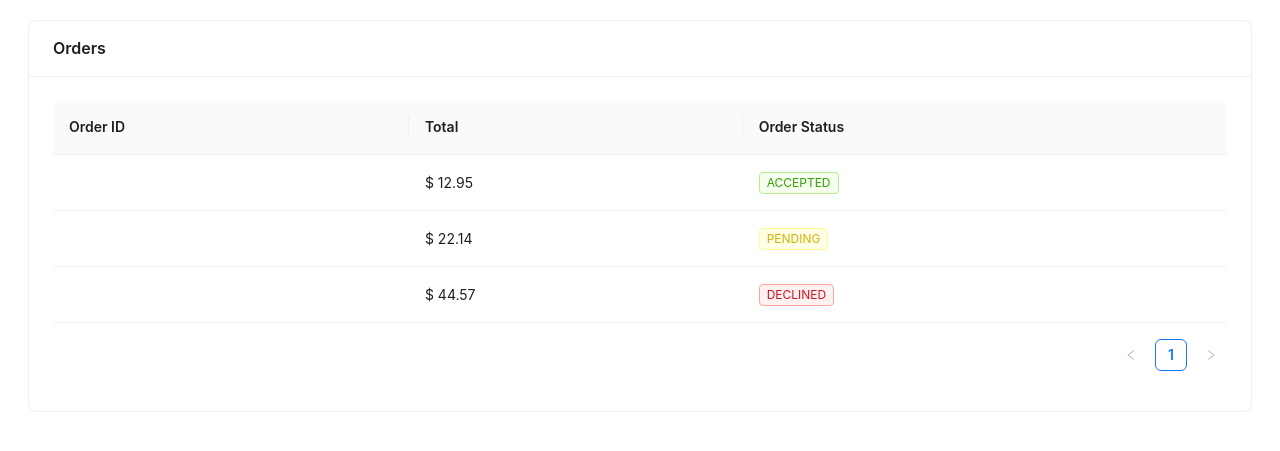
Repository: JamesPesenti/DonutShopDashboard
Page: /
The author's editor kept a copy of each file at every save. The page is drawn from the files as they stood at one save, then again after the next save.
The browser window is 1280 px wide. The pictures show the whole page.
The project was rebuilt for these pictures with package versions that can differ from the ones it lists, and the page was loaded fresh each time. Also part of the build but not shown: src/index.css, src/data/donuts.js, src/screens/DetailedOrder.jsx.

Above is the page before, as saved 2023-03-22 16:35:57.

### src/App.js
import DetailedOrder from "./screens/DetailedOrder";
import Orders from "../src/screens/Orders"
import { Card, Table, Tag } from "antd"

function App() {
  return (
    <>
      <Orders />
    </>
  );
}

export default App;

### src/screens/Orders.jsx
import { Card, Table, Tag } from "antd"
import orders from "../data/orders"

const Orders = () => {

    const renderOrderStatus = (orderStatus) => {
        if (orderStatus === "ACCEPTED") {
            return <Tag color={"green"}>{orderStatus}</Tag>
        }
        if (orderStatus === "PENDING") {
            return <Tag color={"yellow"}>{orderStatus}</Tag>
        }
        if (orderStatus === "DECLINED") {
            return <Tag color={"red"}>{orderStatus}</Tag>
        }
    }

    const tableColumns = [
        {
            title: "Order ID",
            dataIndex: "orderID",
            key: "orderID"
        },
        {
            title: "Total",
            dataIndex: "total",
            key: "total",
            render: (total) => `$ ${total}`
        },
        {
            title: "Order Status",
            dataIndex: "orderStatus",
            key: "orderStatus",
            render: renderOrderStatus
        },
    ]

  return (
    <>
        <Card title={"Orders"} style={{margin: 20}}>
            <Table
                dataSource={orders}
                columns={tableColumns}
                rowKey="orderID"
            />
        </Card>
    </>
  )
}

export default Orders

### src/data/orders.js
export default [
    {
        id: "abc43",
        flavorsOrdered:   {
            id: "1",
            image: "https://t3.ftcdn.net/jpg/00/70/16/96/240_F_70169698_gr2Xm6hqPIFLC2kAsjOVRATbBLVDZLn5.jpg",
            id: "2",
            image: "https://t3.ftcdn.net/jpg/00/70/16/96/240_F_70169698_gr2Xm6hqPIFLC2kAsjOVRATbBLVDZLn5.jpg",
            id: "3",
            image: "https://t3.ftcdn.net/jpg/04/90/71/94/240_F_490719448_y4LhTnor5VL2gk9DYhwIw3ZRcZQ1beeD.jpg"
        },
        total: 12.95,
        orderStatus: "ACCEPTED",
        orderDate: "12/12/22",
    },
    {
        id: "h3uh3",
        flavorsOrdered: {
                image: "https://t3.ftcdn.net/jpg/00/70/16/96/240_F_70169698_gr2Xm6hqPIFLC2kAsjOVRATbBLVDZLn5.jpg",
        },
        total: 22.14,
        orderStatus: "PENDING",
        orderDate: "01/08/23",
    },
    {
        id: "vmkf98",
        flavorsOrdered:  {
                image: "https://t3.ftcdn.net/jpg/01/34/18/64/240_F_134186451_Uc31ZoSIFrTj2dgcYWyJiXhgkIUWkQT4.jpg"
        },
        total: 44.57,
        orderStatus: "DECLINED",
        orderDate: "01/29/23",
    },
]

Loaded but not shown: public/index.html (common file); src/index.js (common file)

After the next save:
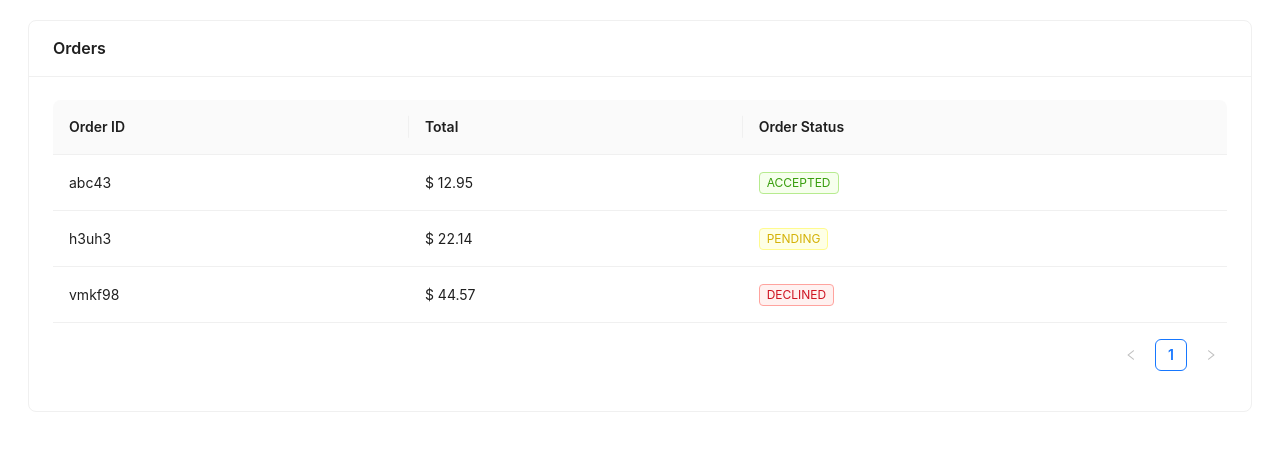
Saved 31 s later.
--- a/src/data/orders.js
+++ b/src/data/orders.js
@@ -1,6 +1,6 @@
 export default [
     {
-        id: "abc43",
+        orderID: "abc43",
         flavorsOrdered:   {
             id: "1",
             image: "https://t3.ftcdn.net/jpg/00/70/16/96/240_F_70169698_gr2Xm6hqPIFLC2kAsjOVRATbBLVDZLn5.jpg",
@@ -14,7 +14,7 @@ export default [
         orderDate: "12/12/22",
     },
     {
-        id: "h3uh3",
+        orderID: "h3uh3",
         flavorsOrdered: {
                 image: "https://t3.ftcdn.net/jpg/00/70/16/96/240_F_70169698_gr2Xm6hqPIFLC2kAsjOVRATbBLVDZLn5.jpg",
         },
@@ -23,7 +23,7 @@ export default [
         orderDate: "01/08/23",
     },
     {
-        id: "vmkf98",
+        orderID: "vmkf98",
         flavorsOrdered:  {
                 image: "https://t3.ftcdn.net/jpg/01/34/18/64/240_F_134186451_Uc31ZoSIFrTj2dgcYWyJiXhgkIUWkQT4.jpg"
         },
